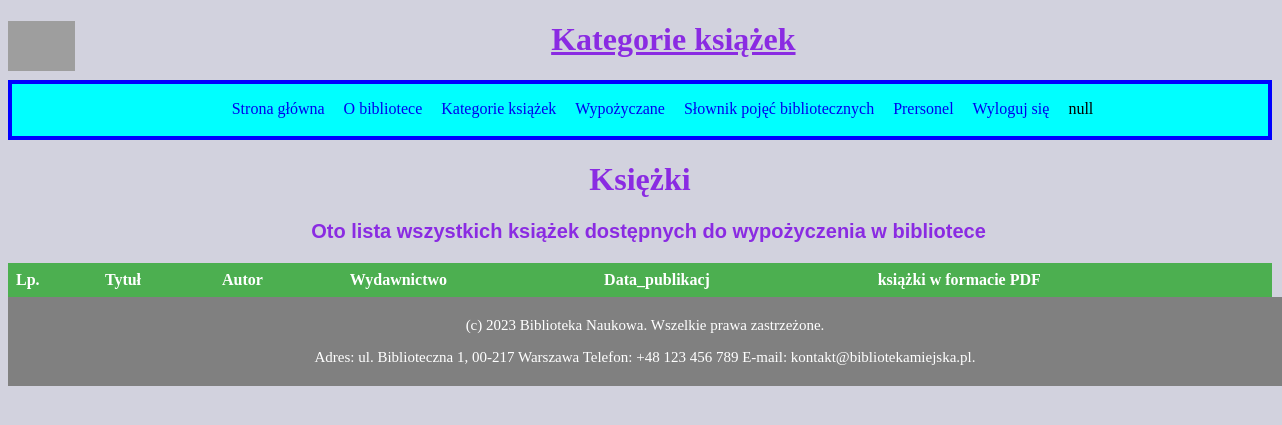
Repository: Dominik098/projekt
Page: http://localhost/biblioteka/C_Kategorie książek.jsp
An editor plug-in stored every save of this project. The page is shown before and after the next save, followed by the edit.
The browser window is 1280 px wide. The page is 1282 px wide, so the pictures cover 1282 px, including what lies to the right of the window. The pictures show the whole page.
Pictures or frames that could not be fetched are drawn as grey boxes. The page is served by Tomcat 9. Queries for data that is not in the repository find no rows.

Above is the page before, as saved 2023-04-24 12:12:13.

After the next save:
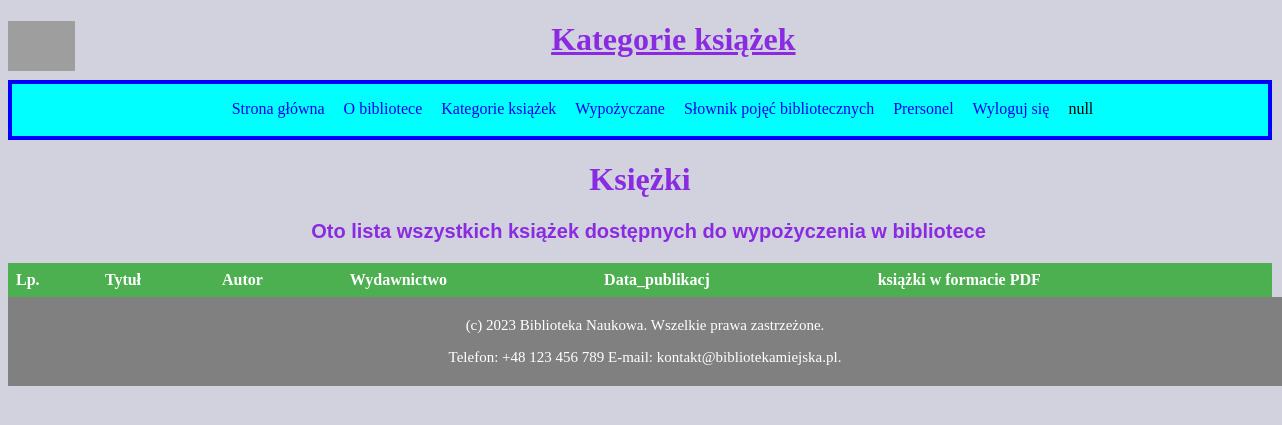
Saved 33 s later.
--- a/java projekt/biblioteka/src/main/webapp/C_Kategorie książek.jsp
+++ b/java projekt/biblioteka/src/main/webapp/C_Kategorie książek.jsp
@@ -119,7 +119,7 @@
 
     <footer>
         <p>(c) 2023 Biblioteka Naukowa. Wszelkie prawa zastrzeżone.</p>
-        <p>Adres: ul. Biblioteczna 1, 00-217 Warszawa Telefon: +48 123 456 789  E-mail: kontakt@bibliotekamiejska.pl.</p>
+        <p>Telefon: +48 123 456 789  E-mail: kontakt@bibliotekamiejska.pl.</p>
 
     </footer>
 
